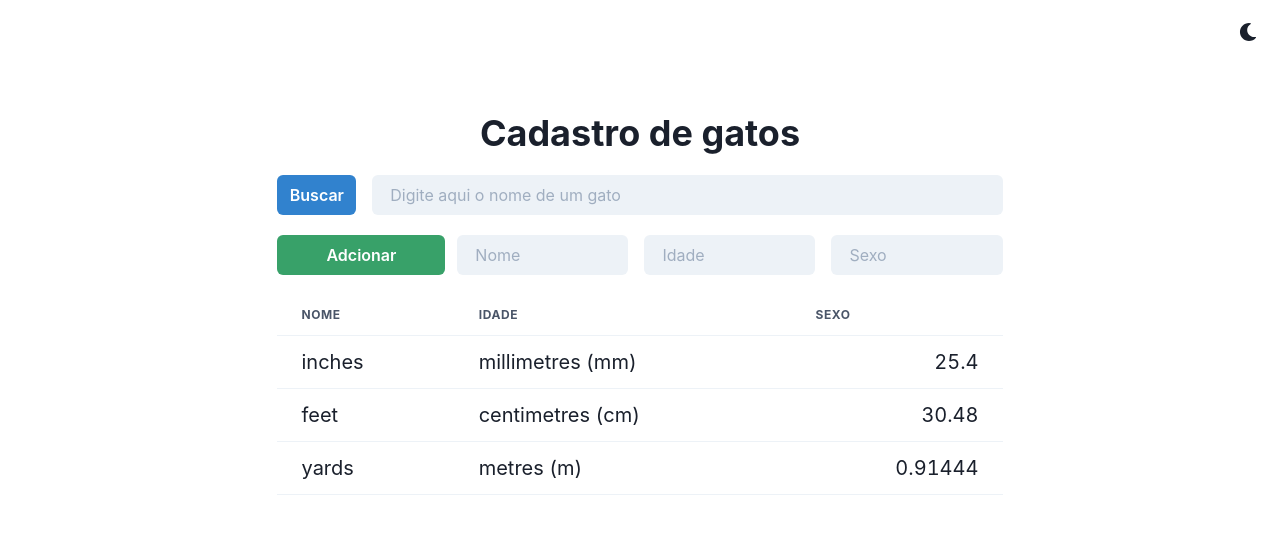
Repository: thislucasme/front-end-cats-react.js
Page: /
The author's editor kept a copy of each file at every save. The page is drawn from the files as they stood at one save, then again after the next save.
The browser window is 1280 px wide. The pictures show the whole page.
The page's requests for data from a server got no answer. The project was rebuilt for these pictures with package versions that can differ from the ones it lists, and the page was loaded fresh each time. No one was signed in, and anything a server would have sent is missing.

Above is the page before, as saved 2021-10-26 16:09:41.

### src/App.tsx
import React, { useState, useEffect } from "react";
import {
  ChakraProvider,
  Box,
  VStack,
  Grid,
  theme,
  Flex,
  Divider,
  Button,
  Spacer,
  Input,
  Container,
  Heading,
  Table,
  Thead,
  Tbody,
  Tr,
  Th,
  Td
} from "@chakra-ui/react"
import { ColorModeSwitcher } from "./ColorModeSwitcher"
import axios from "axios";
import { Cat } from "./cat.interface";
export const App = () => {

  const [gatos, setGatos ] = useState<Cat[]>();

  useEffect(() => {
    axios.get<Cat[]>('http://localhost:3000/cats')
        .then(response => {
          setGatos(response.data);
        }).catch(error => {
          console.log("Ocorreu um erro: " + error);
        });

  })

  return (
     <ChakraProvider theme={theme}>
    <Box textAlign="center" fontSize="xl">
      <Grid minH="100vh" p={3}>
        <ColorModeSwitcher justifySelf="flex-end" />
        <VStack spacing={8}>
          <Container borderRadius={3} w={"80%"} h={"80vh"}>
            <Heading p={5}>Cadastro de gatos</Heading>
            <Flex>
              <Button colorScheme="blue">Buscar</Button>
              <Spacer />
              <Input ml={4} variant="filled" placeholder="Digite aqui o nome de um gato" />
            </Flex>
            <Flex mt={5}>
              <Button mr={3} w="full" colorScheme="green">Adcionar</Button>
              <Input variant="filled" placeholder="Nome" />
              <Input ml={4} variant="filled" placeholder="Idade" />
              <Input ml={4} variant="filled" placeholder="Sexo" />
            </Flex>

            <Table mt={5} variant="simple">
              <Thead>
                <Tr>
                  <Th>Nome</Th>
                  <Th>Idade</Th>
                  <Th>Sexo</Th>
                </Tr>
              </Thead>
              <Tbody>
                <Tr>
                  <Td>inches</Td>
                  <Td>millimetres (mm)</Td>
                  <Td isNumeric>25.4</Td>
                </Tr>
                <Tr>
                  <Td>feet</Td>
                  <Td>centimetres (cm)</Td>
                  <Td isNumeric>30.48</Td>
                </Tr>
                <Tr>
                  <Td>yards</Td>
                  <Td>metres (m)</Td>
                  <Td isNumeric>0.91444</Td>
                </Tr>
              </Tbody>

            </Table>
          </Container>
        </VStack>
      </Grid>
    </Box>
  </ChakraProvider>
  );
}

### src/ColorModeSwitcher.tsx
import * as React from "react"
import {
  useColorMode,
  useColorModeValue,
  IconButton,
  IconButtonProps,
} from "@chakra-ui/react"
import { FaMoon, FaSun } from "react-icons/fa"

type ColorModeSwitcherProps = Omit<IconButtonProps, "aria-label">

export const ColorModeSwitcher: React.FC<ColorModeSwitcherProps> = (props) => {
  const { toggleColorMode } = useColorMode()
  const text = useColorModeValue("dark", "light")
  const SwitchIcon = useColorModeValue(FaMoon, FaSun)

  return (
    <IconButton
      size="md"
      fontSize="lg"
      variant="ghost"
      color="current"
      marginLeft="2"
      onClick={toggleColorMode}
      icon={<SwitchIcon />}
      aria-label={`Switch to ${text} mode`}
      {...props}
    />
  )
}

Loaded but not shown: public/index.html (common file); src/index.tsx (common file); src/reportWebVitals.ts (common file); src/serviceWorker.ts (common file)

After the next save:
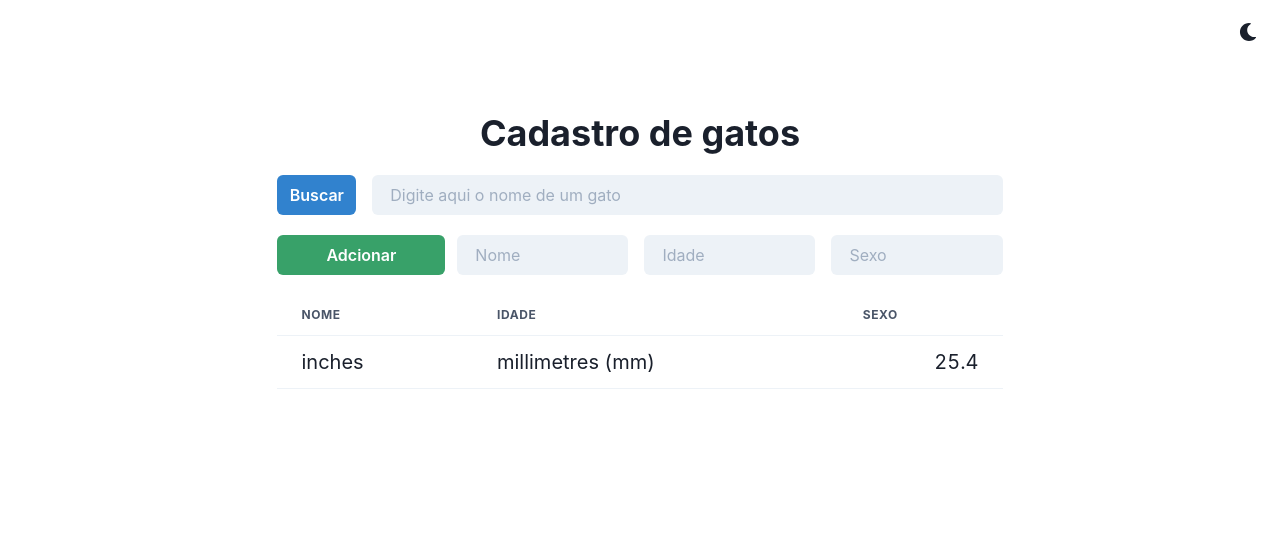
Saved 23 s later.
--- a/src/App.tsx
+++ b/src/App.tsx
@@ -70,16 +70,6 @@ export const App = () => {
                   <Td>millimetres (mm)</Td>
                   <Td isNumeric>25.4</Td>
                 </Tr>
-                <Tr>
-                  <Td>feet</Td>
-                  <Td>centimetres (cm)</Td>
-                  <Td isNumeric>30.48</Td>
-                </Tr>
-                <Tr>
-                  <Td>yards</Td>
-                  <Td>metres (m)</Td>
-                  <Td isNumeric>0.91444</Td>
-                </Tr>
               </Tbody>
 
             </Table>
